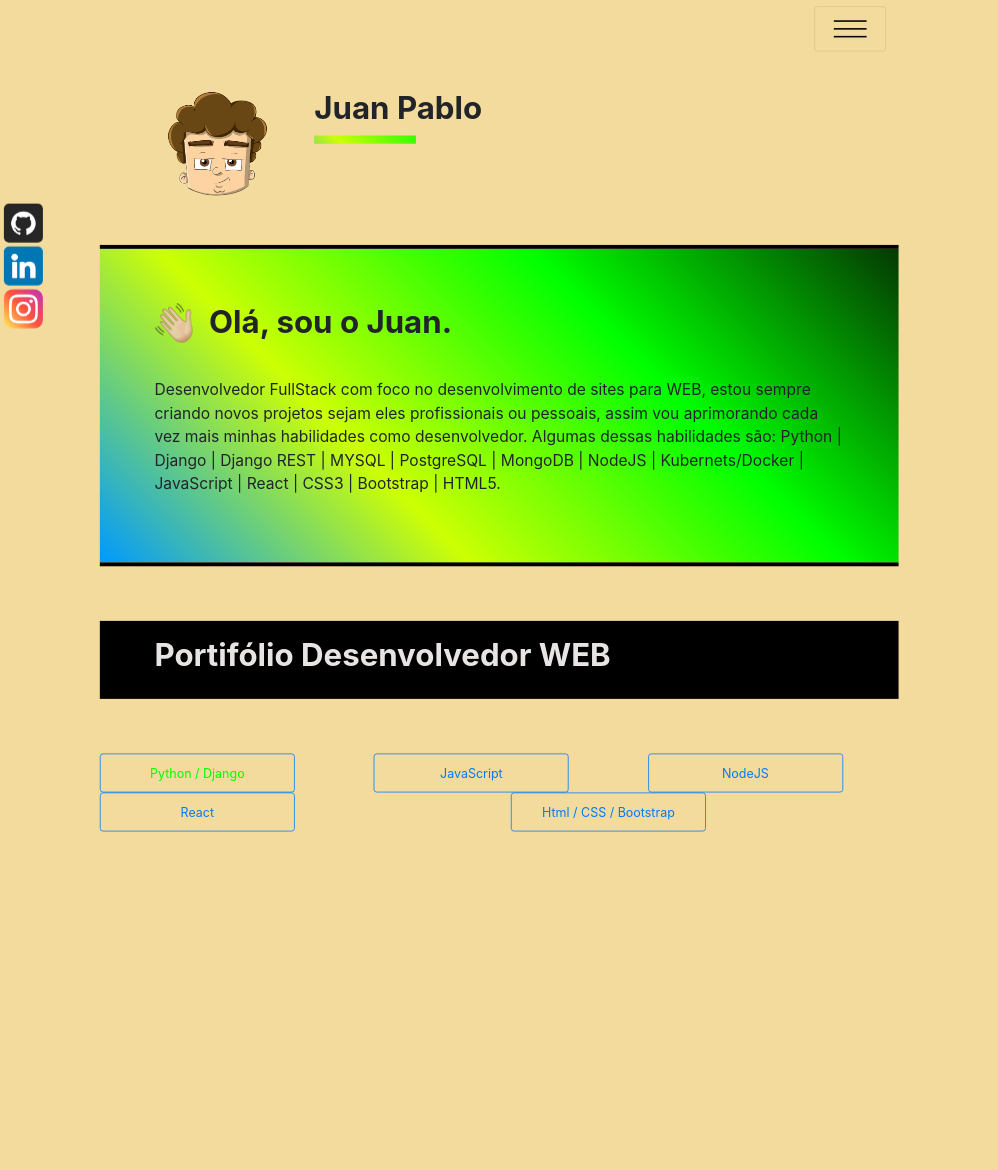
Repository: JuanPabloDS/portifolio
Page: http://localhost/
The author's editor kept a copy of each file at every save. The page is drawn from the files as they stood at one save, then again after the next save.
The browser window is 1280 px wide. The pictures show the whole page, at 78% of full size.
The page is served by the project's application, run on Django 4.2 (manage.py).

Above is the page before, as saved 2023-02-23 11:03:59.

After the next save:
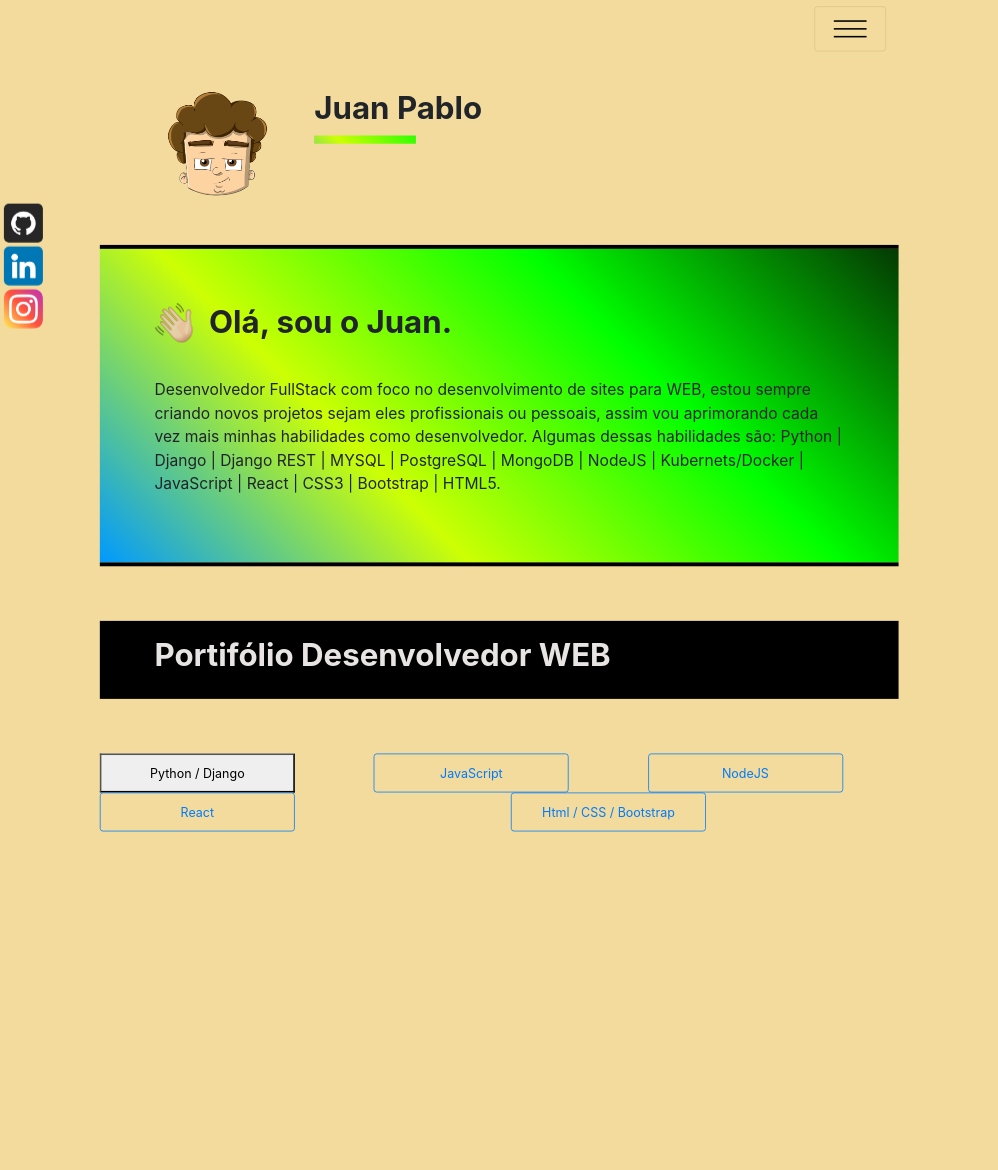
Saved 114 s later.
--- a/core/templates/developer.html
+++ b/core/templates/developer.html
@@ -5,7 +5,7 @@
     </div>
     <div class="dev-menu row">
         <div class="col-sm">
-            <button type="button" class="btn btn-outline-primary but-1">Python / Django</button>
+            <button class="button-64" role="button"><span class="text">Python / Django</span></button>
         </div>
         <div class="col-sm">
             <button type="button" class="btn btn-outline-primary">JavaScript</button>
